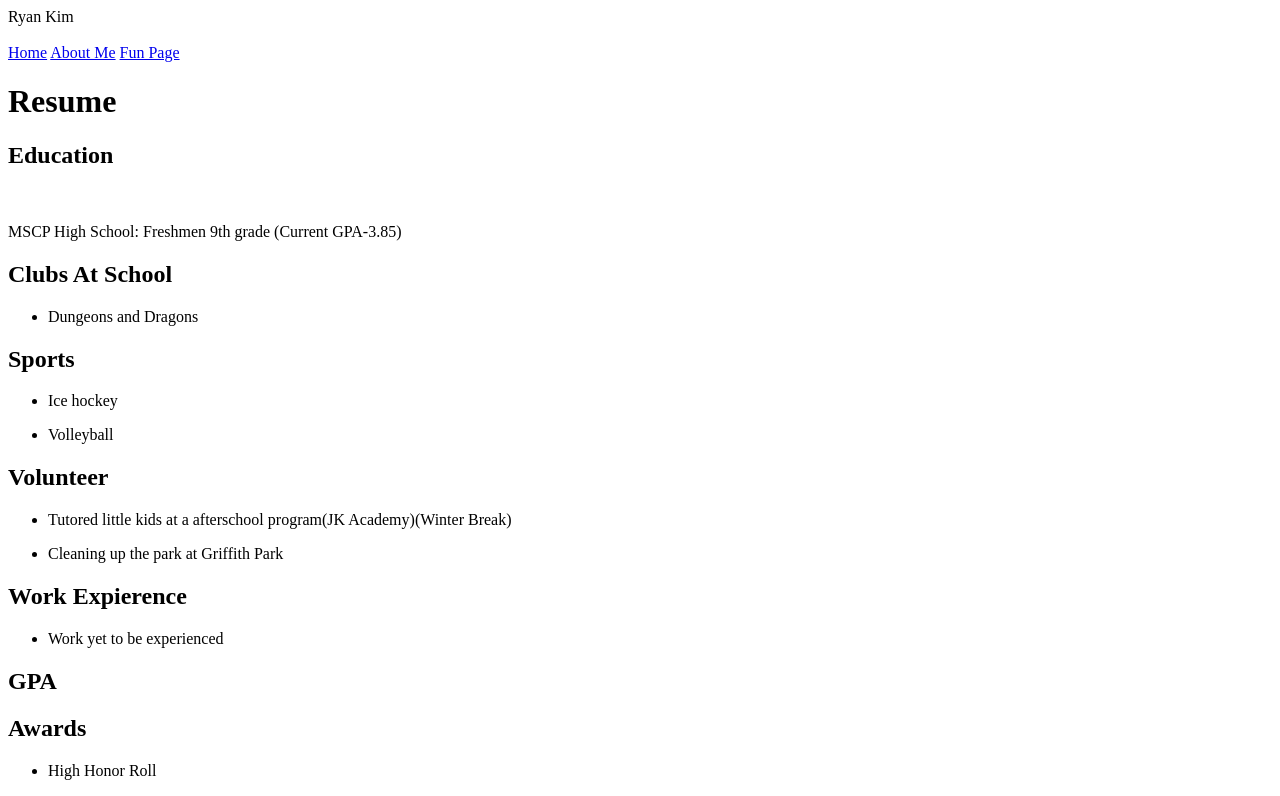
Repository: zup613/RyanKim.github.io
Page: resume.html
The author's editor kept a record of every edit. The page is drawn from the files as they stood at one moment, then again after the next edit.
The browser window is 1280 px wide. The pictures show the whole page.

Above is the page before.
Not found: whatever.css

### resume.html
<!DOCTYPE html>
<html>
    <head><link rel="stylesheet" href="whatever.css" type="text/css" />
    <link href="https://fonts.googleapis.com/css?family=Nanum+Pen+Script" rel="stylesheet">
    </head>
    <header>Ryan Kim
    <br/>
        <br /><a href="https://website-lolizupi.c9users.io/home.html">Home</a>
        <a href="https://website-lolizupi.c9users.io/aboutme.html">About Me</a>
        <a href="https://website-lolizupi.c9users.io/funpage.html">Fun Page</a></header>
        <body>
            <h1>Resume</h1>
            <h2>Education</h2>
            <br/><p>MSCP High School: Freshmen 9th grade (Current GPA-3.85)</p>
            <h2>Clubs At School</h2>
            <ul><li>Dungeons and Dragons</li></ul>
            <h2>Sports</h2>
            <ul><li>Ice hockey</li></ul>
            <ul><li>Volleyball</li></ul>
            <h2>Volunteer</h3>
            <ul><li>Tutored little kids at a afterschool program(JK Academy)(Winter Break)</li></ul>
            <ul><li>Cleaning up the park at Griffith Park</li></ul>
            <h2>Work Expierence</h2>
            <ul><li>Work yet to be experienced</li></ul>
            <h2>GPA</h2>
            <h2>Awards</h2>
            <ul><li>High Honor Roll</li></ul>
        </body>

</html>

After the next edit:
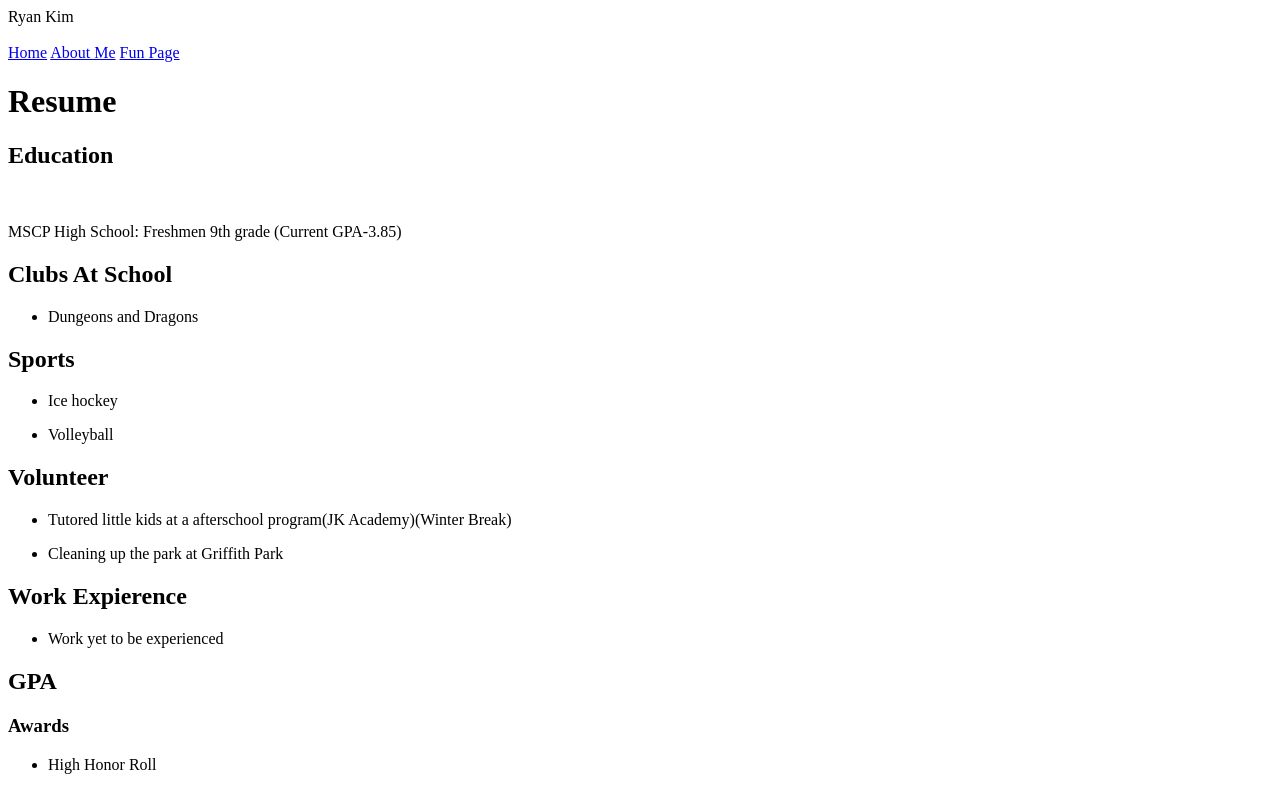
The edit:
--- a/resume.html
+++ b/resume.html
@@ -23,7 +23,7 @@
             <h2>Work Expierence</h2>
             <ul><li>Work yet to be experienced</li></ul>
             <h2>GPA</h2>
-            <h2>Awards</h2>
+            <h3>Awards</h3>
             <ul><li>High Honor Roll</li></ul>
         </body>
 
